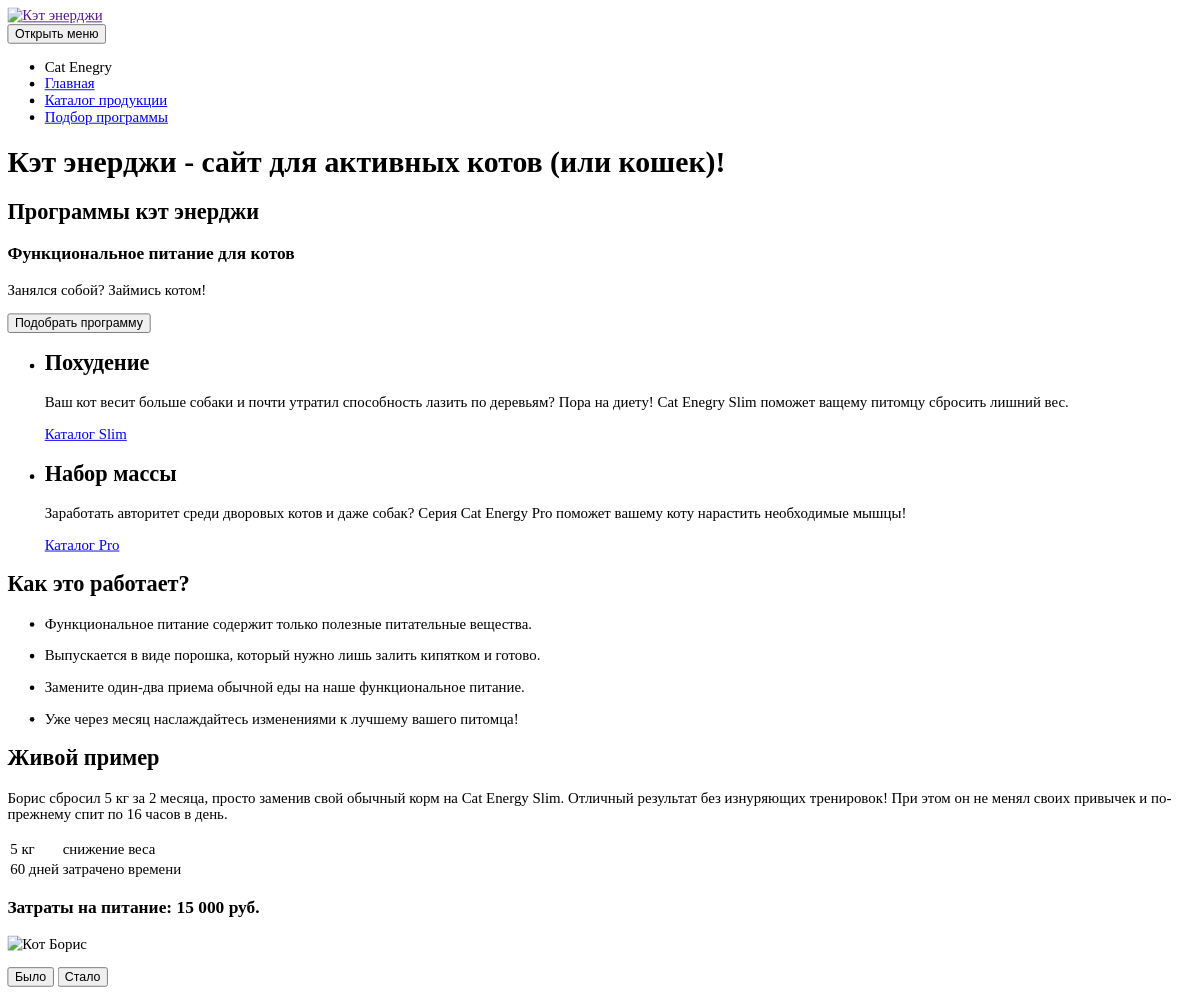
Repository: infernotw/1054987-cat-energy-17
Page: source/index.html
An editor plug-in stored every save of this project. The page is shown before and after the next save, followed by the edit.
The browser window is 1280 px wide. The pictures show the whole page, at 93% of full size.

Above is the page before, as saved 2019-07-17 04:38:45.

### source/index.html
<!DOCTYPE html>
<html lang="ru">

<head>
  <meta charset="utf-8">
  <title>HTML Academy: Кэт энерджи</title>
</head>

<body>

  <header class="page-header">
    <a href="" class="page-header__logo">
      <img src="#" alt="Кэт энерджи" width="" height="" class="page-header__logo-image">
    </a>
    <nav class="main-nav">
      <button class="main-nav__toggle" type="button">Открыть меню</button>
      <div class="main-nav__wrapper">
        <ul class="main-nav__list site-list">
          <li class="site-list__item">
            <a class="site-list__item site-list__item--active">Cat Enegry</a>
          </li>
          <li class="site-list__item">
            <a href="#">Главная</a>
          </li>
          <li class="site-list__item">
            <a href="catalog.html">Каталог продукции</a>
          </li>
          <li class="site-list__item">
            <a href="form.html">Подбор программы</a>
          </li>
        </ul>
      </div>
    </nav>
  </header>

  <main class="page-main">
    <h1 class="visually-hidden">Кэт энерджи - сайт для активных котов (или кошек)!</h1>
    <section class="program">
      <header class="program__header">
        <h2 class="visually-hidden">Программы кэт энерджи</h2>
        <h3 class="program__about">Функциональное питание для котов</h3>
        <p class="program__info">Занялся собой? Займись котом!</p>
        <button class="program__button" type="button">Подобрать программу</button>
      </header>
      <div class="program__wrapper">
        <ul class="program__list">
          <li class="program__item program__item--slim">
            <h2 class="program__title">Похудение</h2>
            <p class="program__description">Ваш кот весит больше собаки и почти утратил способность лазить по деревьям?
              Пора на диету! Cat Enegry Slim поможет ващему питомцу сбросить лишний вес.</p>
            <a class="program__button" href="#">Каталог Slim</a>
          </li>
          <li class="program__item program__item--pro">
            <h2 class="program__title">Набор массы</h2>
            <p class="program__description">Заработать авторитет среди дворовых котов и даже собак? Серия Cat Energy Pro
              поможет вашему коту нарастить необходимые мышцы!</p>
            <a class="program__button" href="#">Каталог Pro</a>
          </li>
        </ul>
      </div>
    </section>
    <section class="how-it-works">
      <div class="how-it-works__wrapper">
        <h2 class="how-it-works__title">Как это работает?</h2>
        <ul class="how-it-works__list">
          <li class="how-it-works__item how-it-works__item--food">
            <p class="how-it-works__description">Функциональное питание содержит только полезные питательные вещества.
            </p>
          </li>
          <li class="how-it-works__item how-it-works__item--water">
            <p class="how-it-works__description">Выпускается в виде порошка, который нужно лишь залить кипятком и
              готово.</p>
          </li>
          <li class="how-it-works__item how-it-works__item--change">
            <p class="how-it-works__description">Замените один-два приема обычной еды на наше функциональное питание.
            </p>
          </li>
          <li class="how-it-works__item how-it-works__item--time">
            <p class="how-it-works__description">Уже через месяц наслаждайтесь изменениями к лучшему вашего питомца!</p>
          </li>
        </ul>
      </div>
    </section>
    <section class="example">
      <div class="example__wrapper slider">
        <h2 class="example__title">Живой пример</h2>
        <p class="example__description">Борис сбросил 5 кг за 2 месяца, просто заменив свой обычный корм на Cat Energy
          Slim. Отличный результат без изнуряющих тренировок! При этом он не менял своих привычек и по-прежнему спит по
          16 часов в день.</p>
        <table class="example__achive">
          <tr>
            <td class="example__value">5 кг</td>
            <td class="example__field">снижение веса</td>
          </tr>
          <tr>
            <td class="example__value">60 дней</td>
            <td class="example__field">затрачено времени</td>
          </tr>
        </table>
        <h3 class="example__spending">Затраты на питание: 15 000 руб.</h3>
        <img src="#" alt="Кот Борис">
        <p class="example__toggles slider__toggles">
          <button class="slider__toggle" type="button">Было</button>
          <button class="slider__toggle" type="button">Стало</button>
        </p>

      </div>
    </section>



  </main>

</body>

</html>

After the next save:
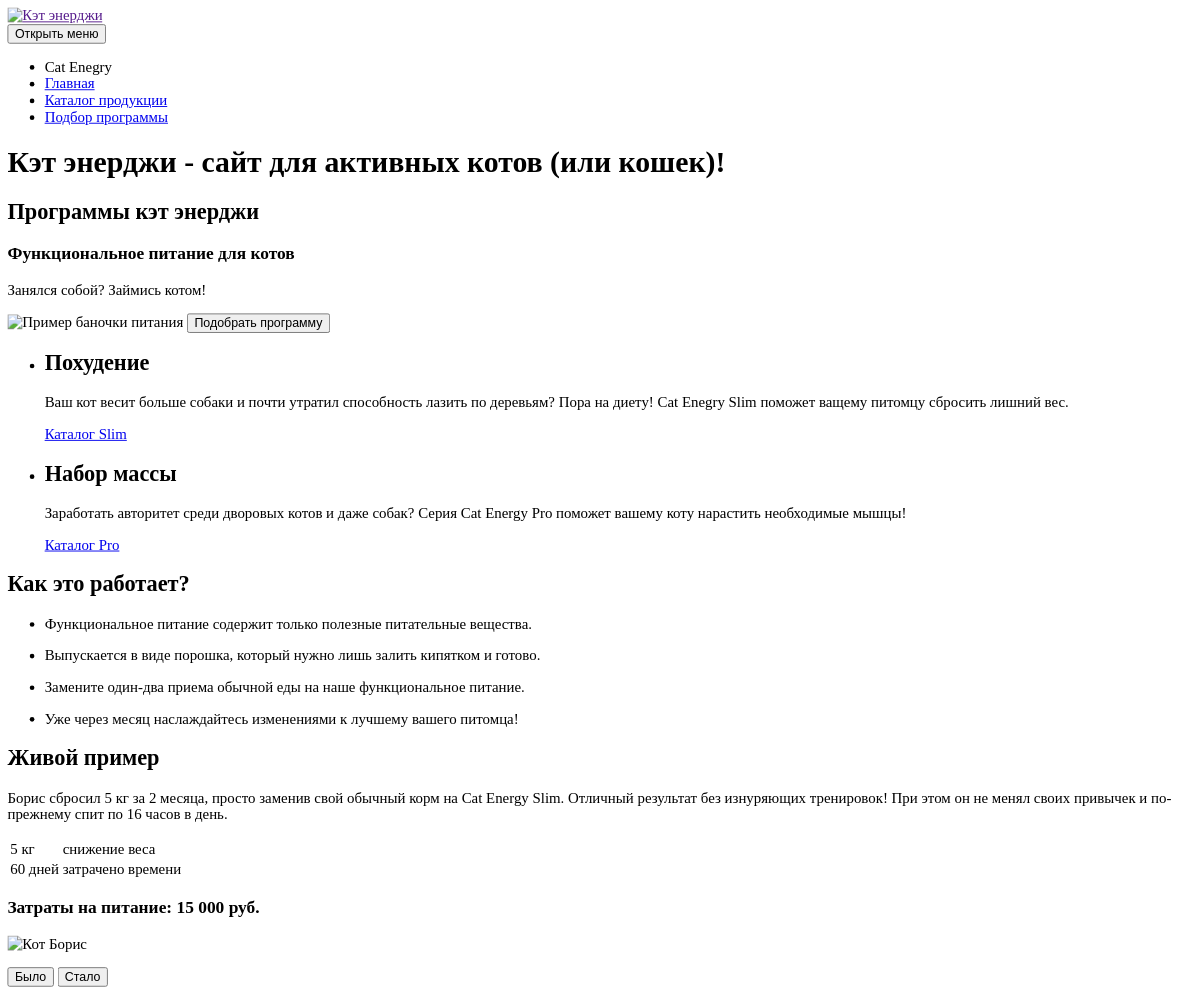
Saved 40 s later.
--- a/source/index.html
+++ b/source/index.html
@@ -40,6 +40,7 @@
         <h2 class="visually-hidden">Программы кэт энерджи</h2>
         <h3 class="program__about">Функциональное питание для котов</h3>
         <p class="program__info">Занялся собой? Займись котом!</p>
+        <img src="#" alt="Пример баночки питания">
         <button class="program__button" type="button">Подобрать программу</button>
       </header>
       <div class="program__wrapper">
